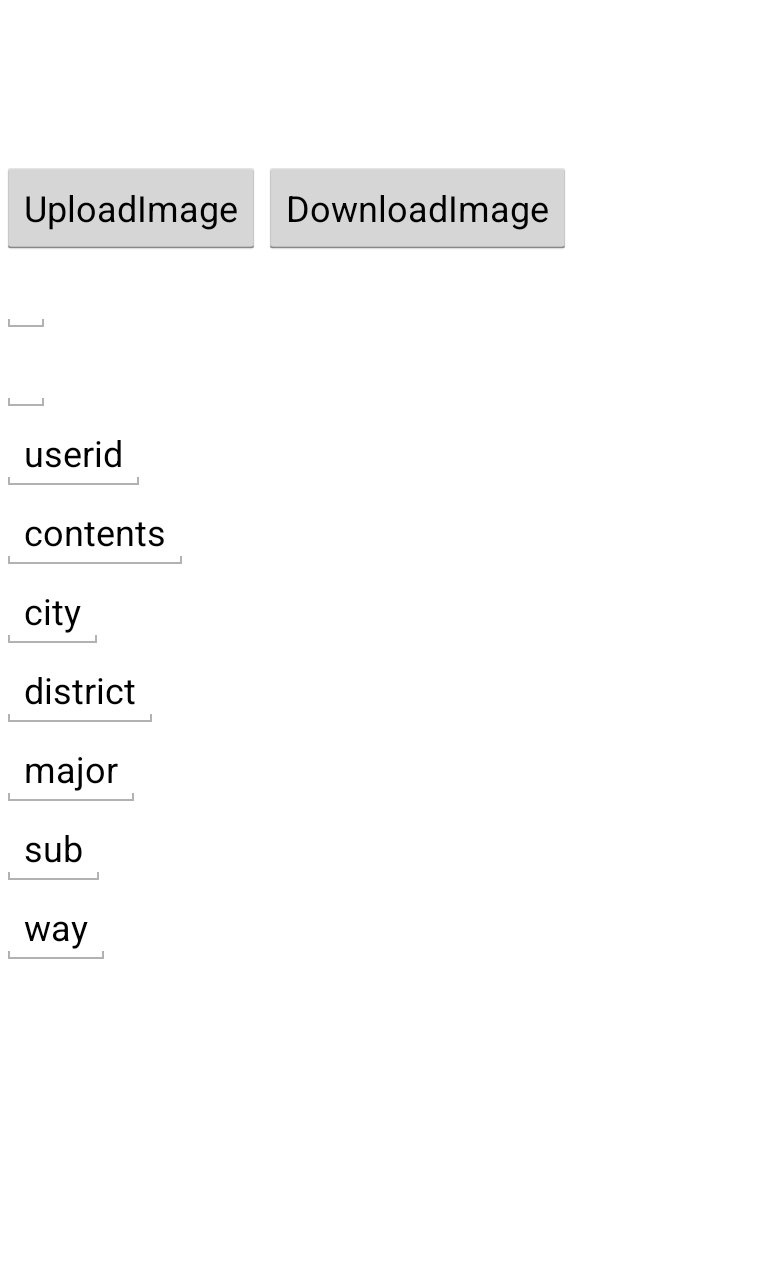
Repository: HSUmod/nanumi
Layout: Nanumi/ImageSendTest/res/layout/activity_main.xml
An editor plug-in stored every save of this project. The layout is shown before and after the next save, followed by the edit.
It is drawn on a 768 x 1280 px phone screen (xhdpi) without system bars, with theme AppTheme; the app's code is not run.

Above is the layout before, as saved 2015-11-17 07:32:17.

After the next save:
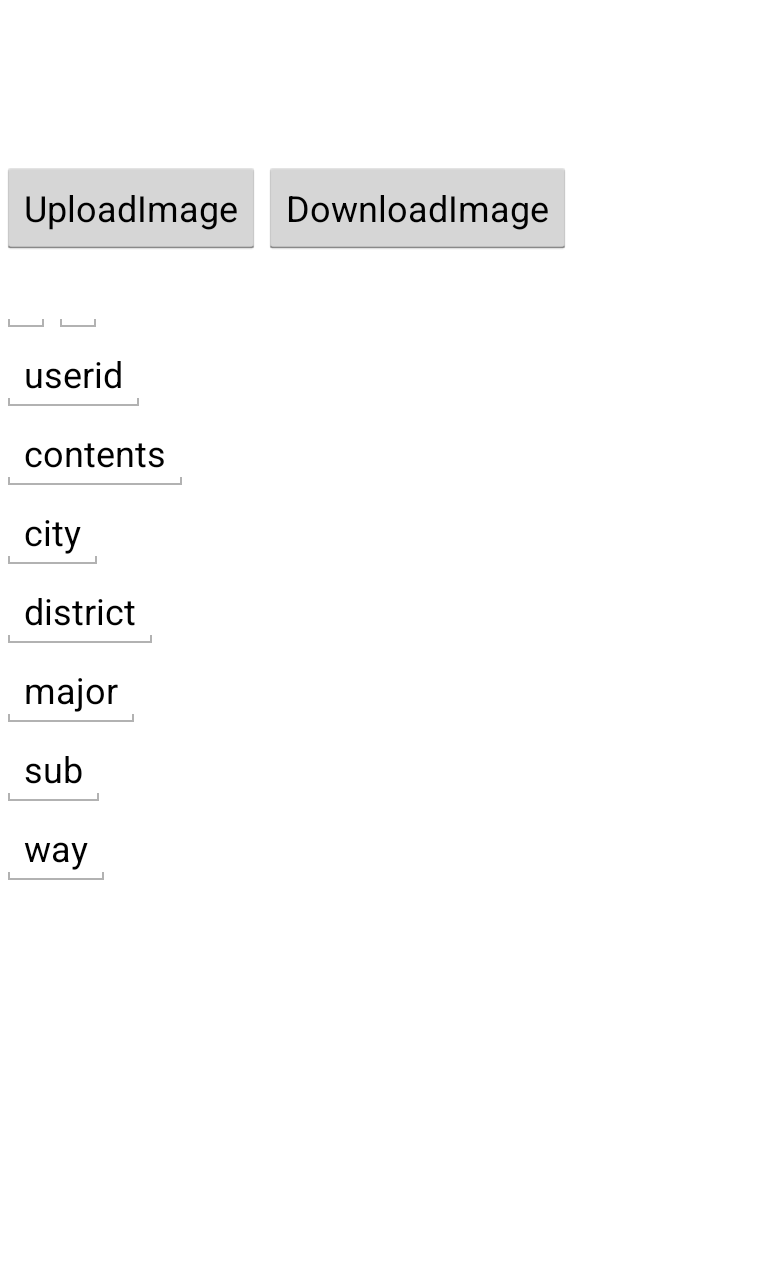
Saved 50 s later.
--- a/Nanumi/ImageSendTest/res/layout/activity_main.xml
+++ b/Nanumi/ImageSendTest/res/layout/activity_main.xml
@@ -39,15 +39,21 @@
             android:text="DownloadImage" />
     </LinearLayout>
 
-    <EditText
-        android:id="@+id/uploadImageName"
-        android:layout_width="wrap_content"
-        android:layout_height="wrap_content" />
+    <LinearLayout
+        android:layout_width="match_parent"
+        android:layout_height="wrap_content"
+        android:orientation="horizontal" >
 
-    <EditText
-        android:id="@+id/downloadImageName"
-        android:layout_width="wrap_content"
-        android:layout_height="wrap_content" />
+        <EditText
+            android:id="@+id/uploadImageName"
+            android:layout_width="wrap_content"
+            android:layout_height="wrap_content" />
+
+        <EditText
+            android:id="@+id/downloadImageName"
+            android:layout_width="wrap_content"
+            android:layout_height="wrap_content" />
+    </LinearLayout>
 
     <EditText
         android:id="@+id/userid"
